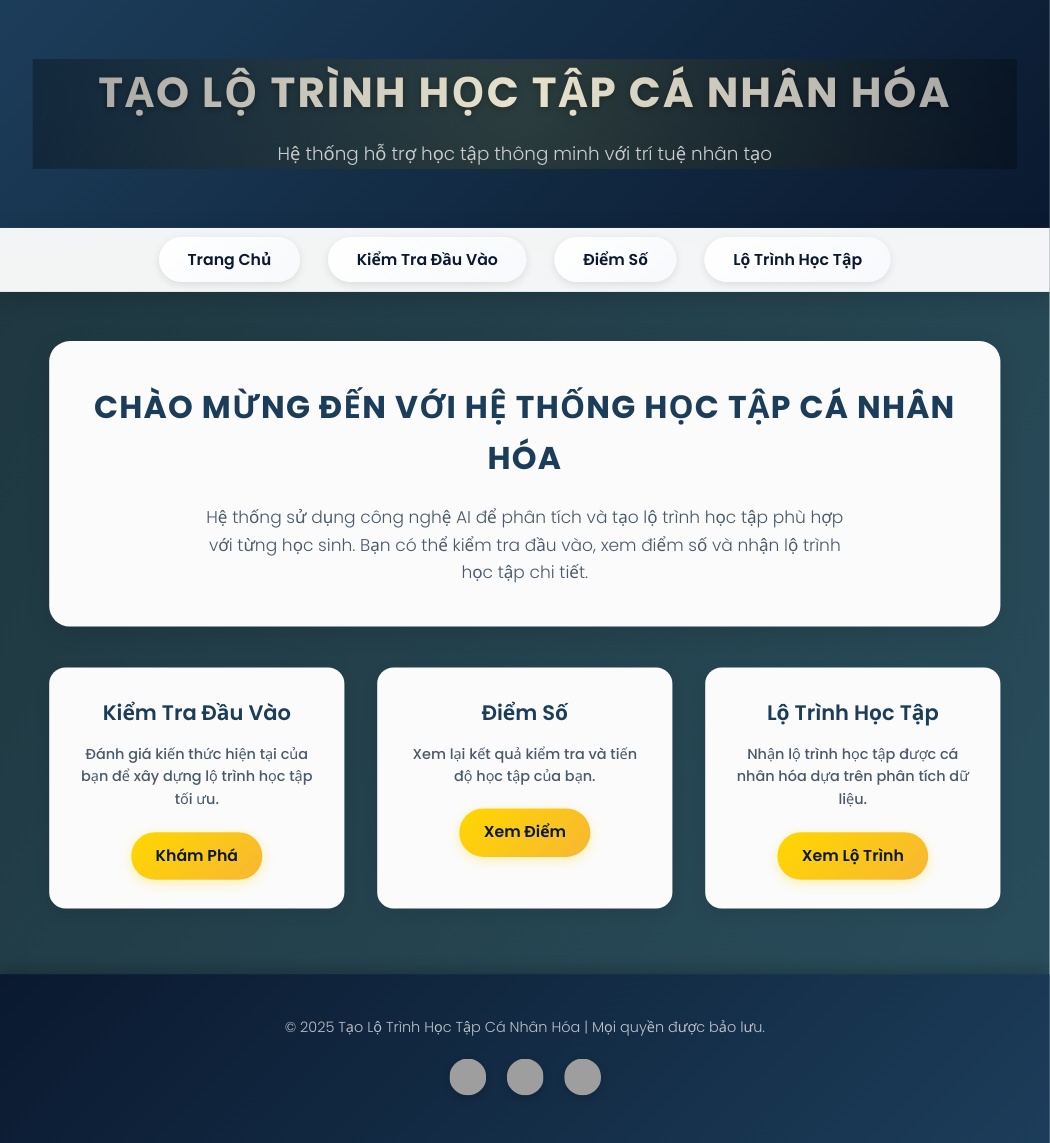
Repository: quankenda73/Prject_Final
Page: INDEX/input.html
The author's editor kept a copy of each file at every save. The page is drawn from the files as they stood at one save, then again after the next save.
The browser window is 1280 px wide. The pictures show the whole page, at 82% of full size.
Pictures or frames that could not be fetched are drawn as grey boxes.

Above is the page before, as saved 2025-02-25 11:16:25.

After the next save:
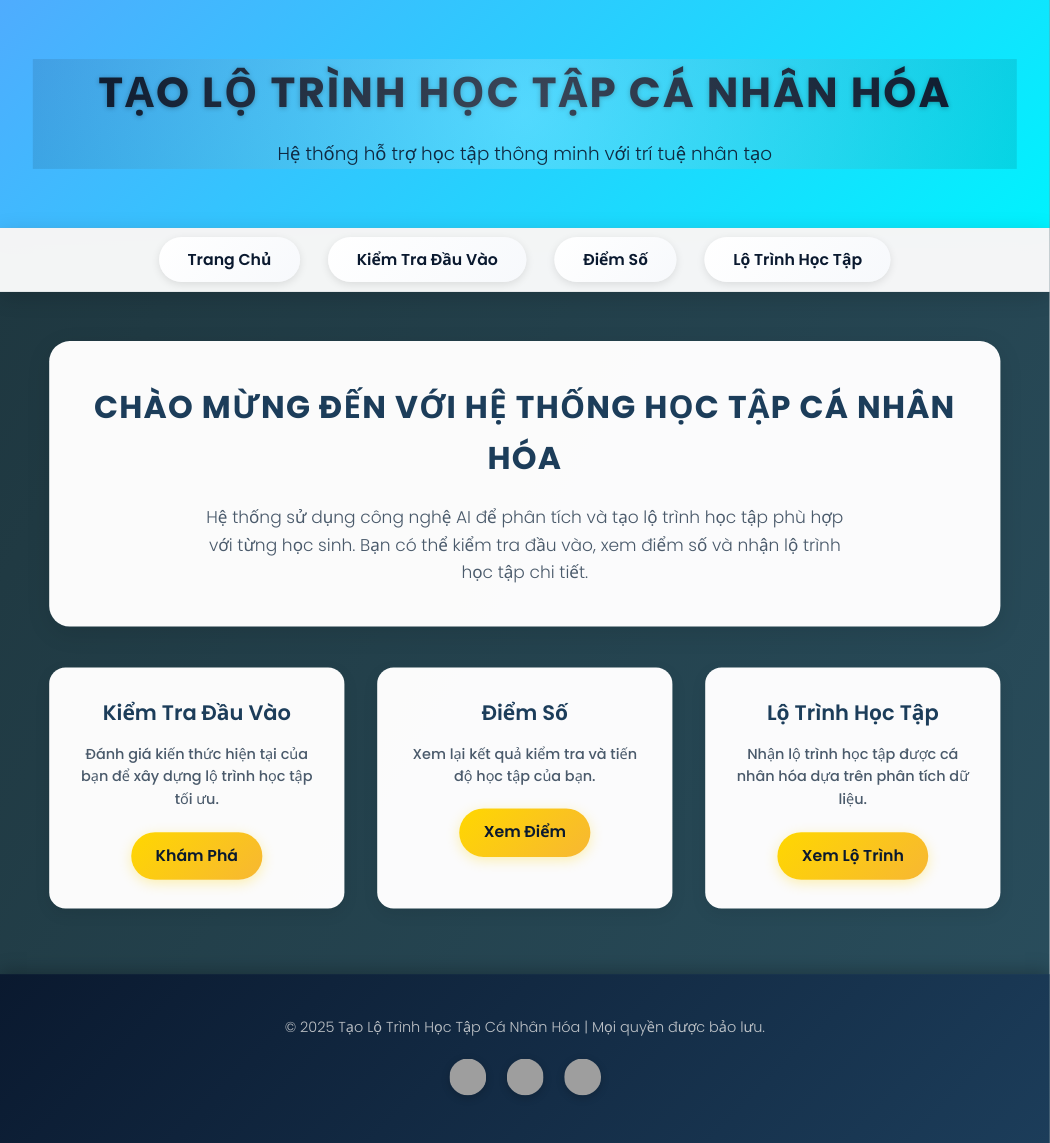
Saved 2 min 39 s later.
--- a/CSS/input.css
+++ b/CSS/input.css
@@ -8,10 +8,10 @@
 
 /* Body */
 body {
-    background: linear-gradient(120deg, #0f2027, #203a43, #2c5364); /* Gradient xanh ngọc đậm */
+    background: linear-gradient(120deg, #0f2027, #203a43, #2c5364);
     background-size: 200% 200%;
-    animation: gradientFlow 20s ease infinite; /* Hiệu ứng nền động */
-    color: #e6e6e6; /* Màu chữ trắng nhẹ */
+    animation: gradientFlow 20s ease infinite;
+    color: #e6e6e6;
     line-height: 1.6;
     overflow-x: hidden;
     position: relative;
@@ -26,12 +26,12 @@ body {
 
 /* Header */
 header {
-    background: linear-gradient(135deg, #1c3d5a, #0a192f); /* Gradient xanh ngọc đậm */
-    color: #e6e6e6;
+    background: linear-gradient(135deg, #4facfe, #00f2fe); /* Gradient xanh dương nhạt và xanh ngọc sáng */
+    color: #0a192f; /* Đổi màu chữ sang tối để nổi trên nền sáng */
     padding: 4.5rem 0;
     text-align: center;
     position: relative;
-    box-shadow: 0 6px 25px rgba(0, 0, 0, 0.3);
+    box-shadow: 0 6px 25px rgba(0, 0, 0, 0.2);
     overflow: hidden;
 }
 
@@ -42,7 +42,7 @@ header {
     left: 0;
     width: 100%;
     height: 100%;
-    background: radial-gradient(circle, rgba(255, 215, 0, 0.1) 0%, rgba(0, 0, 0, 0.3) 100%);
+    background: radial-gradient(circle, rgba(255, 255, 255, 0.2) 0%, rgba(0, 0, 0, 0.1) 100%);
     z-index: 0;
 }
 
@@ -61,14 +61,14 @@ header {
     text-transform: uppercase;
     letter-spacing: 2.5px;
     animation: fadeInDown 1s ease;
-    text-shadow: 0 3px 8px rgba(0, 0, 0, 0.4);
+    text-shadow: 0 2px 6px rgba(0, 0, 0, 0.3);
 }
 
 .header-container p {
     font-size: 1.4rem;
     max-width: 800px;
     margin: 0 auto;
-    opacity: 0.85;
+    opacity: 0.9;
     font-weight: 300;
 }
 
@@ -99,7 +99,7 @@ nav a {
 }
 
 nav a:hover {
-    background: linear-gradient(135deg, #ffd700, #f7b733); /* Gradient vàng ánh kim */
+    background: linear-gradient(135deg, #ffd700, #f7b733);
     color: #0a192f;
     transform: translateY(-4px);
     box-shadow: 0 8px 25px rgba(255, 215, 0, 0.4);
@@ -182,7 +182,7 @@ section p {
 .btn {
     display: inline-block;
     padding: 14px 30px;
-    background: linear-gradient(135deg, #ffd700, #f7b733); /* Gradient vàng ánh kim */
+    background: linear-gradient(135deg, #ffd700, #f7b733);
     color: #0a192f;
     text-decoration: none;
     border-radius: 30px;
